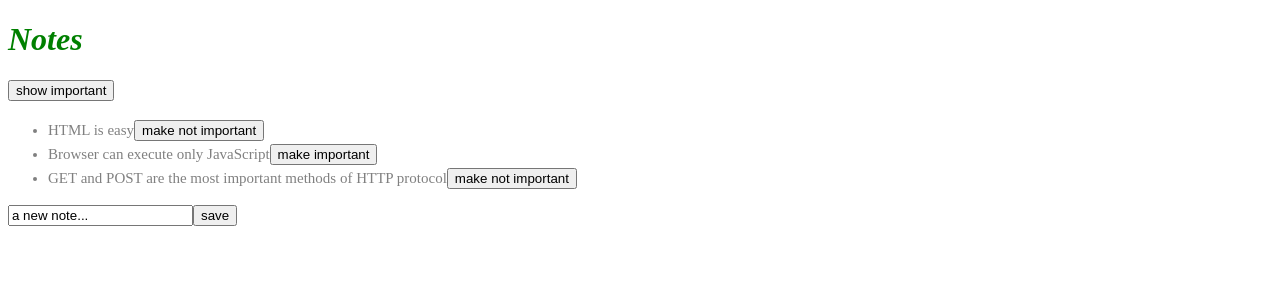
Repository: LordThiouk/part1
Page: /
The author's editor kept a copy of each file at every save. The page is drawn from the files as they stood at one save, then again after the next save.
The browser window is 1280 px wide. The pictures show the whole page.
The project was rebuilt for these pictures with package versions that can differ from the ones it lists, and the page was loaded fresh each time. Requests to the local data server were answered from the project's data file. Also part of the build but not shown: vite.config.js.

Above is the page before, as saved 2023-09-25 19:48:28.

After the next save:
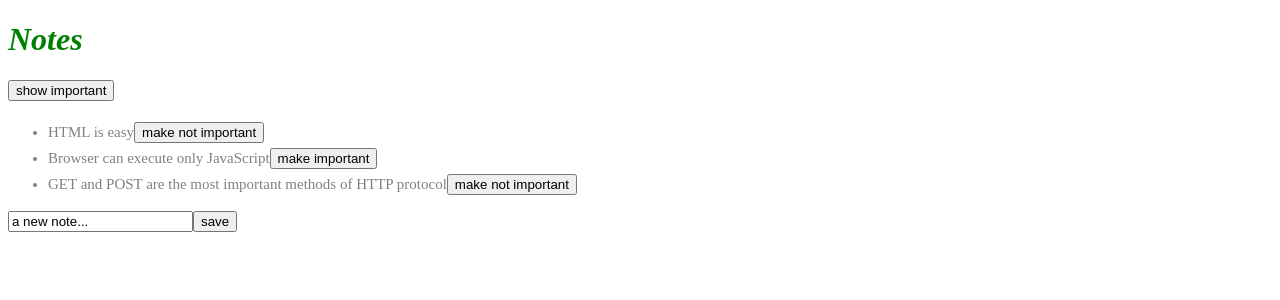
Saved 2 min 20 s later.
--- a/src/index.css
+++ b/src/index.css
@@ -7,3 +7,8 @@
     padding-top: 3px;
     font-size: 15px;
 }
+.note{
+    color: grey;
+    padding-top: 5px;
+    font-size: 15px;
+}
